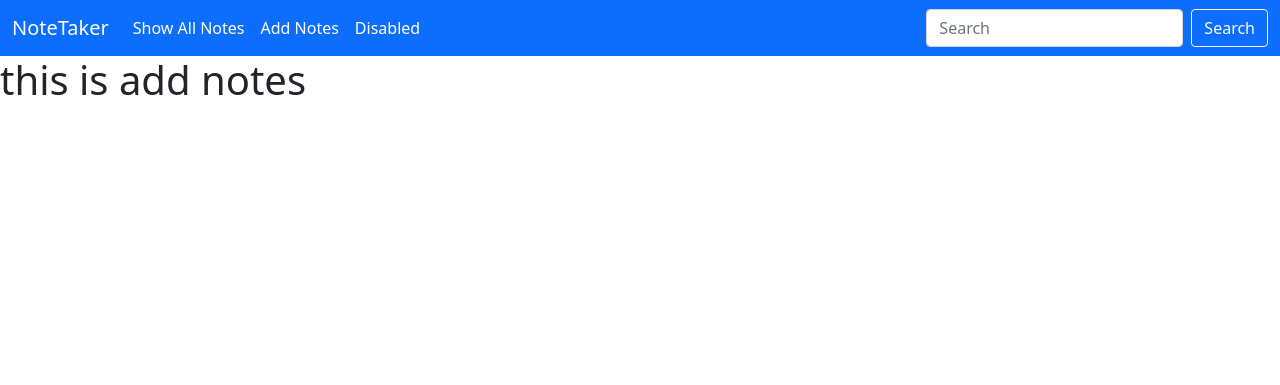
Repository: Shubham-Kumar-cmd/Hibernate
Page: http://localhost/NoteTakerApp/addNotes.jsp
The author's editor kept a copy of each file at every save. The page is drawn from the files as they stood at one save, then again after the next save.
The browser window is 1280 px wide. The pictures show the whole page.
The page is served by Tomcat 9.

Above is the page before, as saved 2023-02-07 13:06:16.

After the next save:
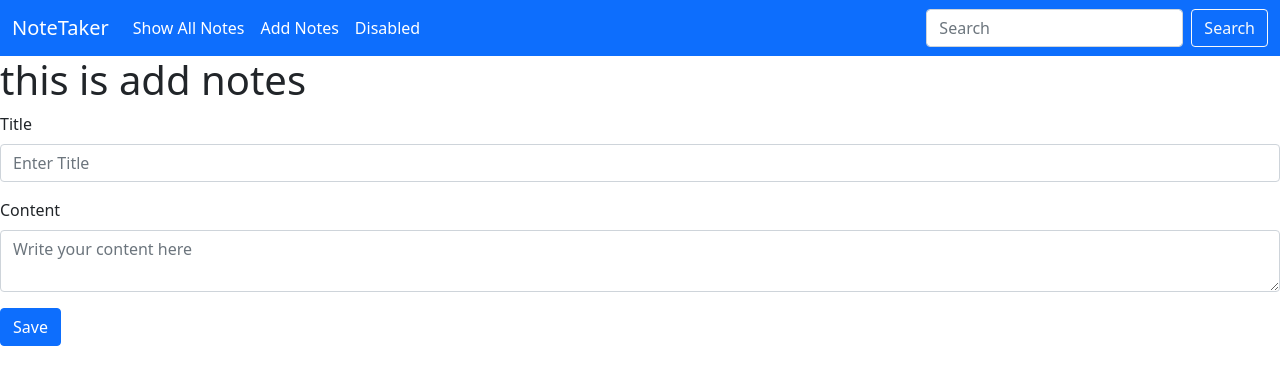
Saved 6 min 40 s later.
--- a/NoteTakerApp/src/main/webapp/addNotes.jsp
+++ b/NoteTakerApp/src/main/webapp/addNotes.jsp
@@ -10,11 +10,35 @@
 	rel="stylesheet"
 	integrity="sha384-EVSTQN3/azprG1Anm3QDgpJLIm9Nao0Yz1ztcQTwFspd3yD65VohhpuuCOmLASjC"
 	crossorigin="anonymous">
-	<link rel="stylesheet" href="css/style.css">
+<link rel="stylesheet" href="css/style.css">
 <title>Add Notes</title>
 </head>
 <body>
 
 	<h1>this is add notes</h1>
+	<form action="" method="post">
+		<div class="mb-3">
+			<label for="title" class="form-label">Title</label>
+			<input type="text"
+			class="form-control"
+			id="title"
+			name="title"
+			aria-describedby="emailHelp"
+			placeholder="Enter Title"
+			required>
+
+		</div>
+		<div class="mb-3">
+			<label for="content" class="form-label">Content</label>
+			<textarea class="form-control"
+			id="content"
+			name="content"
+			aria-describedby="emailHelp"
+			placeholder="Write your content here"
+			required></textarea>
+
+		</div>
+		<button type="submit" class="btn btn-primary">Save</button>
+	</form>
 </body>
 </html>
